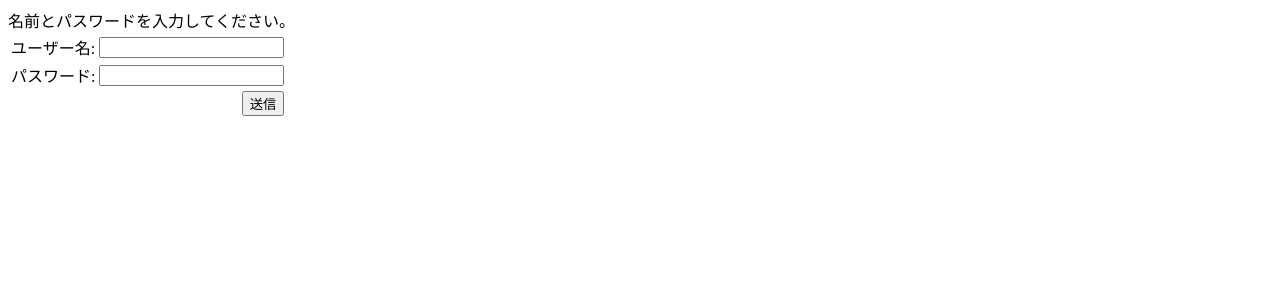
Repository: manchesterunited0128/test
Page: http://localhost/WebProj1/welcome.jsp
An editor plug-in stored every save of this project. The page is shown before and after the next save, followed by the edit.
The browser window is 1280 px wide. The pictures show the whole page.
The page is served by Tomcat 9.

Above is the page before, as saved 2019-08-30 05:31:11.

After the next save:
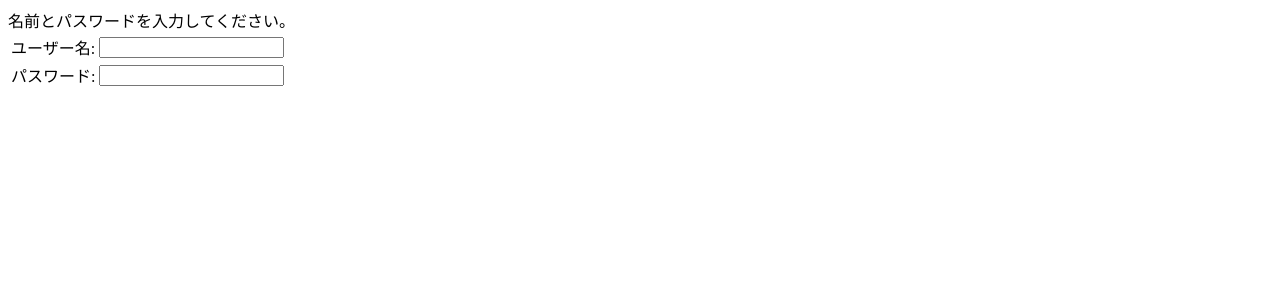
Saved 84 s later.
--- a/WebProj1/WebContent/welcome.jsp
+++ b/WebProj1/WebContent/welcome.jsp
@@ -12,7 +12,7 @@
 <s:form action="LoginAction" method="post">
 	<s:textfield name="username" label="ユーザー名"/>
 	<s:password name="password" label="パスワード"/>
-	<s:submit value="送信" />
+<%-- 	<s:submit value="送信" /> --%>
 </s:form>
 </body>
 </html>
